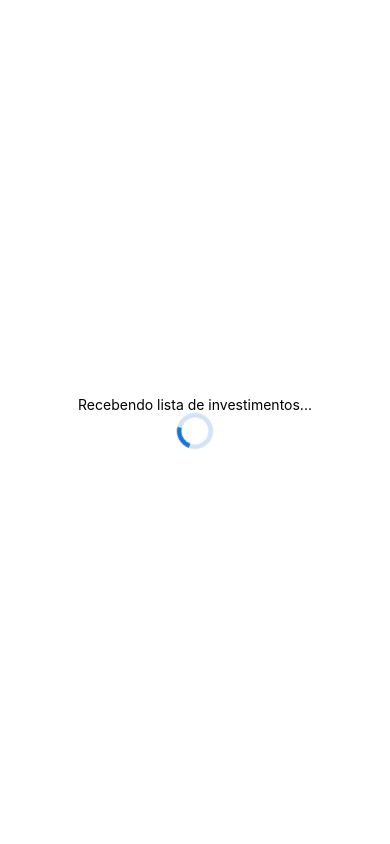
Repository: iancampelo/coopersystem-teste
Screen: /
The author's editor kept a copy of each file at every save. The screen is drawn from the files as they stood at one save, then again after a run of saves.
The app was drawn by React Native's web renderer in a window 390 px wide. The project was rebuilt for these pictures with package versions that can differ from the ones it lists, and the page was loaded fresh each time. Some packages were replaced by stand-ins written for this rebuild.

Above is the screen before, as saved 2021-01-21 01:12:42.

After the next 6 saves:
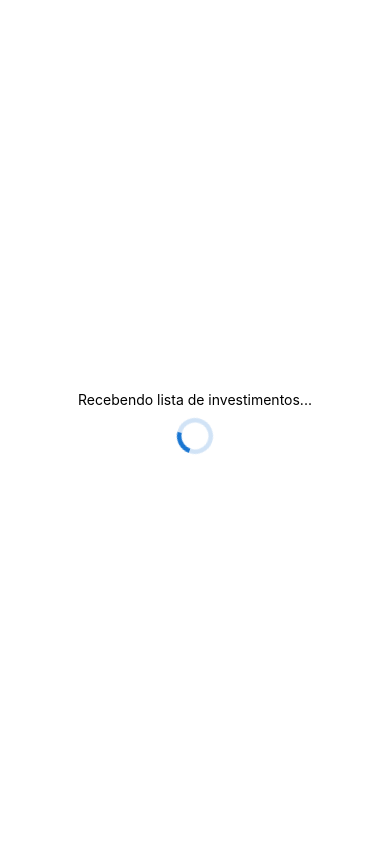
The 6 saves are shown as one change because they came seconds apart.
The last was saved 17 s later.
--- a/src/screens/Home/index.js
+++ b/src/screens/Home/index.js
@@ -32,6 +32,9 @@ const styles = StyleSheet.create({
     flex: 1,
     justifyContent: "center"
   },
+  loadingText: {
+    paddingBottom: 10
+  }
 });
 
 export default HomeScreen
